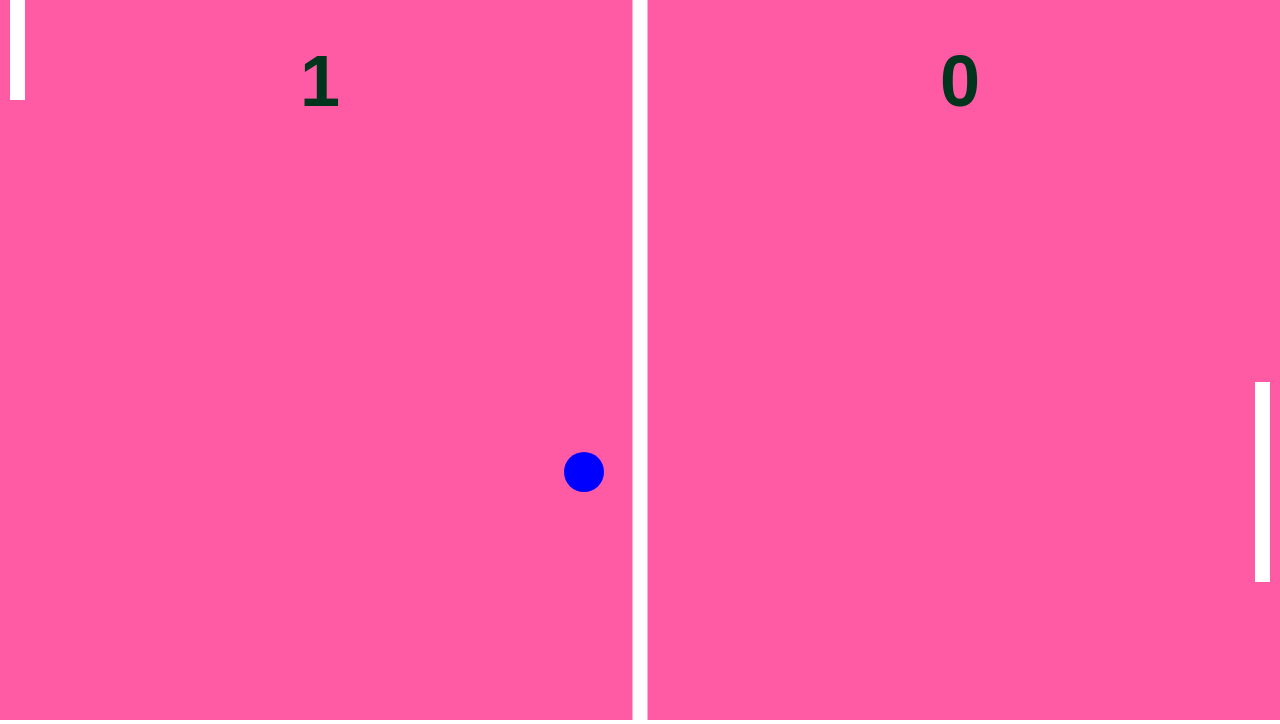
Repository: AkirahCarvalho/ping_pong
Page: index.html
The author's editor kept a copy of each file at every save. The page is drawn from the files as they stood at one save, then again after a run of saves.
The browser window is 1280 px wide. The pictures show the whole page.

Above is the page before, as saved 2024-04-02 15:38:34.

After the next 2 saves:
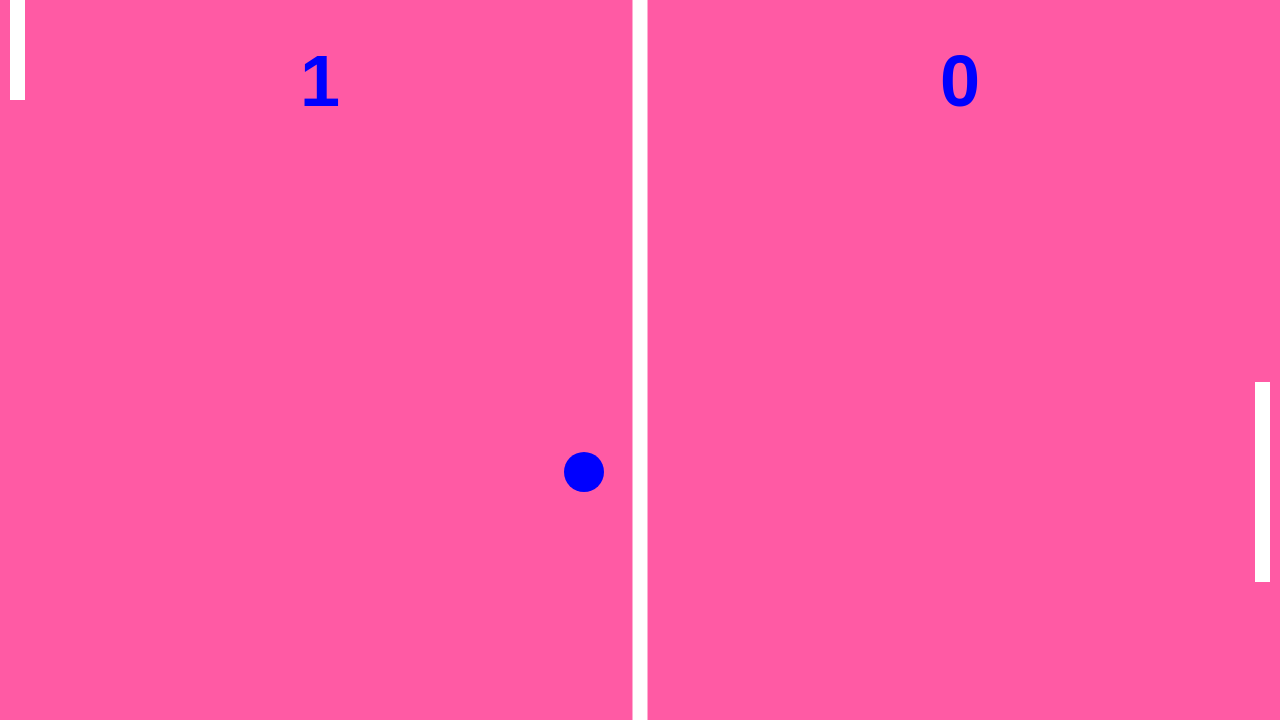
The 2 saves are shown as one change because they came seconds apart.
The last was saved 22 s later.
--- a/index.html
+++ b/index.html
@@ -92,7 +92,7 @@
           canvasCtx.font = "bold 72px Arial"
           canvasCtx.textAlign = "center"
           canvasCtx.textBaseline = "top"
-          canvasCtx.fillStyle = "#01341D"//#01341D
+          canvasCtx.fillStyle = "#0000ff"//#01341D
           canvasCtx.fillText(this.human, field.w / 4, 50)
           canvasCtx.fillText(this.computer, field.w / 4 + field.w / 2, 50)
         },
